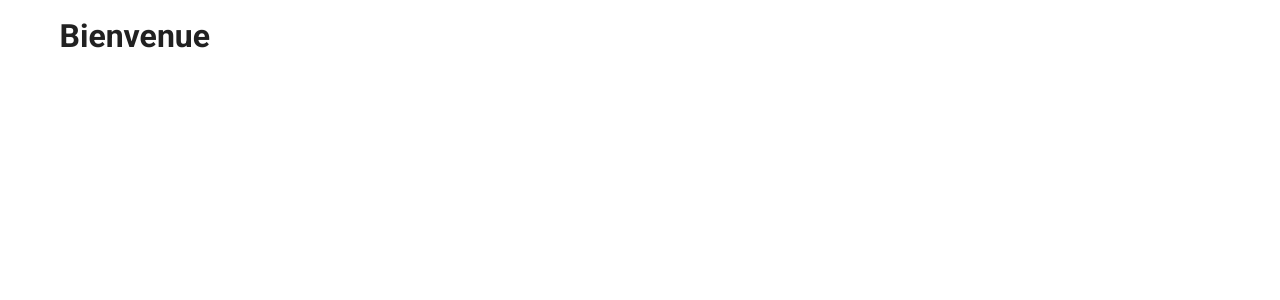
Repository: SidneyHodieb/myc
Page: /
The author's editor kept a copy of each file at every save. The page is drawn from the files as they stood at one save, then again after the next save.
The browser window is 1280 px wide. The pictures show the whole page.
The project was rebuilt for these pictures with package versions that can differ from the ones it lists, and the page was loaded fresh each time. Also part of the build but not shown: vue.config.js.

Above is the page before, as saved 2021-04-01 22:59:09.

After the next save:
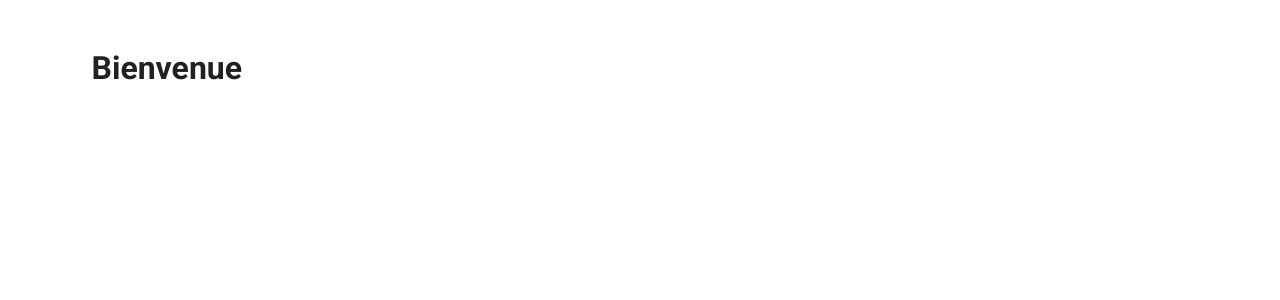
Saved 12 s later.
--- a/src/views/Home.vue
+++ b/src/views/Home.vue
@@ -1,6 +1,6 @@
 <template>
  <v-container>
-    <v-row class="m-5">
+    <v-row class="mt-5 ml-5">
       <v-col><h1>Bienvenue</h1></v-col>
     </v-row>
   </v-container>
